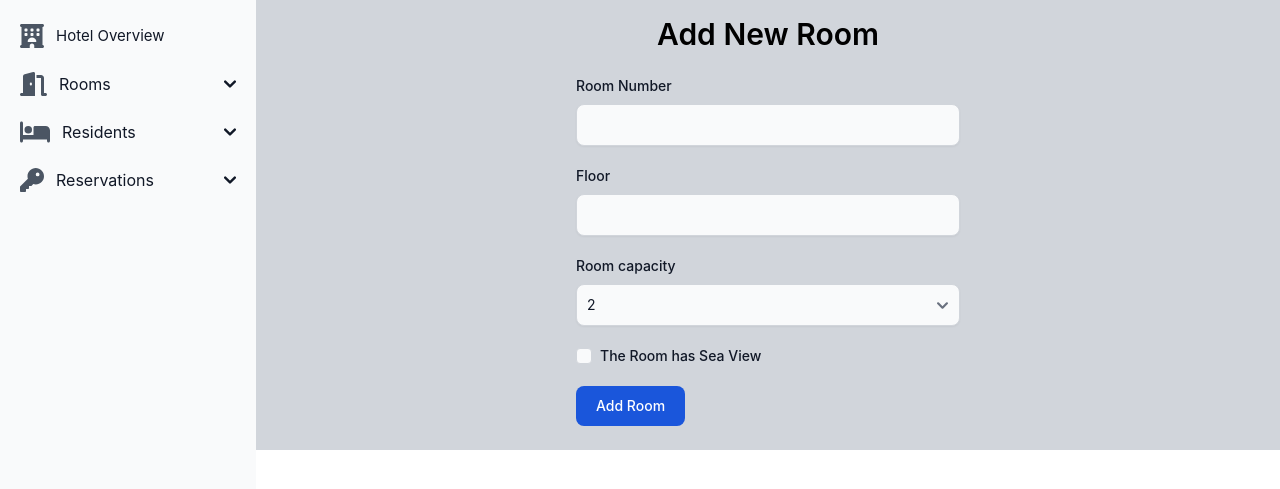
Repository: aggepap/hotelReservationsProj
Page: /rooms/add (app in admin-panel/)
An editor plug-in stored every save of this project. The page is shown before and after the next save, followed by the edit.
The browser window is 1280 px wide. The pictures show the whole page.
The project was rebuilt for these pictures with package versions that can differ from the ones it lists, and the page was loaded fresh each time. Also part of the build but not shown: admin-panel/vite.config.ts, admin-panel/src/views/HomeView.vue.

Above is the page before, as saved 2025-01-19 15:59:29.

### admin-panel/index.html
<!DOCTYPE html>
<html lang="">
  <head>
    <meta charset="UTF-8" />
    <link rel="icon" href="/favicon.ico" />
    <meta name="viewport" content="width=device-width, initial-scale=1.0" />
    <title>Vite App</title>
  </head>
  <body>
    <div id="app"></div>
    <script type="module" src="/src/main.ts"></script>
  </body>
</html>

### admin-panel/src/main.ts
import "./assets/main.css";
import "primeicons/primeicons.css";
import "flowbite";

import { createApp } from "vue";
import App from "./App.vue";
import router from "./router";

const app = createApp(App);

app.use(router);

app.mount("#app");

### admin-panel/src/assets/main.css
@import "./base.css";
@tailwind base;
@tailwind components;
@tailwind utilities;

### admin-panel/src/App.vue
<script setup lang="ts">
import { RouterLink, RouterView } from "vue-router";
import { FontAwesomeIcon } from "@fortawesome/vue-fontawesome";
import { faDoorOpen } from "@fortawesome/free-solid-svg-icons";
import { faHotel } from "@fortawesome/free-solid-svg-icons";
import { faBed } from "@fortawesome/free-solid-svg-icons";
import { faKey } from "@fortawesome/free-solid-svg-icons";
</script>

<template>
  <button
    data-drawer-target="sidebar-multi-level-sidebar"
    data-drawer-toggle="sidebar-multi-level-sidebar"
    aria-controls="sidebar-multi-level-sidebar"
    type="button"
    class="inline-flex items-center p-2 mt-2 ms-3 text-sm text-gray-500 rounded-lg sm:hidden hover:bg-gray-100 focus:outline-none focus:ring-2 focus:ring-gray-200 dark:text-gray-400 dark:hover:bg-gray-700 dark:focus:ring-gray-600"
  >
    <span class="sr-only">Open sidebar</span>
    <svg
      class="w-6 h-6"
      aria-hidden="true"
      fill="currentColor"
      viewBox="0 0 20 20"
      xmlns="http://www.w3.org/2000/svg"
    >
      <path
        clip-rule="evenodd"
        fill-rule="evenodd"
        d="M2 4.75A.75.75 0 012.75 4h14.5a.75.75 0 010 1.5H2.75A.75.75 0 012 4.75zm0 10.5a.75.75 0 01.75-.75h7.5a.75.75 0 010 1.5h-7.5a.75.75 0 01-.75-.75zM2 10a.75.75 0 01.75-.75h14.5a.75.75 0 010 1.5H2.75A.75.75 0 012 10z"
      ></path>
    </svg>
  </button>
  <section class="flex flex-row justify-between items-center">
    <aside
      id="sidebar-multi-level-sidebar"
      class="fixed top-0 left-0 z-40 w-64 h-screen transition-transform -translate-x-full sm:translate-x-0"
      aria-label="Sidebar"
    >
      <div class="h-full px-3 py-4 overflow-y-auto bg-gray-50 dark:bg-gray-800">
        <ul class="space-y-2 font-medium">
          <li>
            <a
              href="#"
              class="flex items-center p-2 text-gray-900 rounded-lg dark:text-white hover:bg-gray-100 dark:hover:bg-gray-700 group"
            >
              <FontAwesomeIcon class="text-gray-600 text-2xl" :icon="faHotel" />
              <span class="ms-3">Hotel Overview</span>
            </a>
          </li>
          <li>
            <button
              type="button"
              class="flex items-center w-full p-2 text-base text-gray-900 transition duration-75 rounded-lg group hover:bg-gray-100 dark:text-white dark:hover:bg-gray-700"
              aria-controls="dropdown-rooms"
              data-collapse-toggle="dropdown-rooms"
            >
              <FontAwesomeIcon
                class="text-gray-600 text-2xl"
                :icon="faDoorOpen"
              />

              <span
                class="flex-1 ms-3 text-left rtl:text-right whitespace-nowrap"
                >Rooms</span
              >
              <svg
                class="w-3 h-3"
                aria-hidden="true"
                xmlns="http://www.w3.org/2000/svg"
                fill="none"
                viewBox="0 0 10 6"
              >
                <path
                  stroke="currentColor"
                  stroke-linecap="round"
                  stroke-linejoin="round"
                  stroke-width="2"
                  d="m1 1 4 4 4-4"
                />
              </svg>
            </button>
            <ul id="dropdown-rooms" class="hidden py-2 space-y-2">
              <li>
                <RouterLink
                  to="/rooms/add"
                  class="flex justify-start gap-2 items-start w-full p-2 text-gray-900 transition duration-75 rounded-lg pl-11 group hover:bg-gray-100 dark:text-white dark:hover:bg-gray-700"
                >
                  <i class="pi pi-plus pt-1"></i> Add new Room</RouterLink
                >
              </li>
            </ul>
          </li>
          <li>
            <button
              type="button"
              class="flex items-center w-full p-2 text-base text-gray-900 transition duration-75 rounded-lg group hover:bg-gray-100 dark:text-white dark:hover:bg-gray-700"
              aria-controls="dropdown-residents"
              data-collapse-toggle="dropdown-residents"
            >
              <FontAwesomeIcon class="text-gray-600 text-2xl" :icon="faBed" />

              <span
                class="flex-1 ms-3 text-left rtl:text-right whitespace-nowrap"
                >Residents</span
              >
              <svg
                class="w-3 h-3"
                aria-hidden="true"
                xmlns="http://www.w3.org/2000/svg"
                fill="none"
                viewBox="0 0 10 6"
              >
                <path
                  stroke="currentColor"
                  stroke-linecap="round"
                  stroke-linejoin="round"
                  stroke-width="2"
                  d="m1 1 4 4 4-4"
                />
              </svg>
            </button>
            <ul id="dropdown-residents" class="hidden py-2 space-y-2">
              <li>
                <a
                  href="#"
                  class="flex justify-start gap-2 items-start w-full p-2 text-gray-900 transition duration-75 rounded-lg pl-11 group hover:bg-gray-100 dark:text-white dark:hover:bg-gray-700"
                >
                  <i class="pi pi-plus pt-1"></i> Add a Resident</a
                >
              </li>
            </ul>
          </li>
          <li>
            <button
              type="button"
              class="flex items-center w-full p-2 text-base text-gray-900 transition duration-75 rounded-lg group hover:bg-gray-100 dark:text-white dark:hover:bg-gray-700"
              aria-controls="dropdown-reservations"
              data-collapse-toggle="dropdown-reservations"
            >
              <FontAwesomeIcon class="text-gray-600 text-2xl" :icon="faKey" />

              <span
                class="flex-1 ms-3 text-left rtl:text-right whitespace-nowrap"
                >Reservations</span
              >
              <svg
                class="w-3 h-3"
                aria-hidden="true"
                xmlns="http://www.w3.org/2000/svg"
                fill="none"
                viewBox="0 0 10 6"
              >
                <path
                  stroke="currentColor"
                  stroke-linecap="round"
                  stroke-linejoin="round"
                  stroke-width="2"
                  d="m1 1 4 4 4-4"
                />
              </svg>
            </button>
            <ul id="dropdown-reservations" class="hidden py-2 space-y-2">
              <li>
                <a
                  href="#"
                  class="flex justify-start gap-2 items-start w-full p-2 text-gray-900 transition duration-75 rounded-lg pl-11 group hover:bg-gray-100 dark:text-white dark:hover:bg-gray-700"
                >
                  <i class="pi pi-plus pt-1"></i> Add a Reservation</a
                >
              </li>
            </ul>
          </li>
        </ul>
      </div>
    </aside>

    <main class="flex items-start h-screen w-full pl-64">
      <div class="mx-auto w-full md:p-6 bg-gray-300 pt-12">
        <RouterView />
      </div>
    </main>
  </section>
</template>

### admin-panel/src/router/index.ts
import { createRouter, createWebHistory } from "vue-router";
import HomeView from "../views/HomeView.vue";
import AddRoomView from "@/views/roomviews/AddRoomView.vue";

const router = createRouter({
  history: createWebHistory(import.meta.env.BASE_URL),
  routes: [
    {
      path: "/",
      name: "home",
      component: HomeView,
    },
    {
      path: "/rooms/add",
      name: "addRoom",
      component: AddRoomView,
    },
    {
      path: "/about",
      name: "about",
      // route level code-splitting
      // this generates a separate chunk (About.[hash].js) for this route
      // which is lazy-loaded when the route is visited.
      component: () => import("../views/AboutView.vue"),
    },
  ],
});

export default router;

### admin-panel/src/views/roomviews/AddRoomView.vue
<script setup></script>

<template>
  <h2 class="text-black text-3xl text-center leading-5 font-semibold mb-8">
    Add New Room
  </h2>
  <form class="max-w-sm mx-auto">
    <div class="mb-5">
      <label
        for="newRoomNumber"
        class="block mb-2 text-sm font-medium text-gray-900 dark:text-white"
        >Room Number</label
      >
      <input
        type="number"
        id="newRoomNumber"
        class="shadow-sm bg-gray-50 border border-gray-300 text-gray-900 text-sm rounded-lg focus:ring-blue-500 focus:border-blue-500 block w-full p-2.5 dark:bg-gray-700 dark:border-gray-600 dark:placeholder-gray-400 dark:text-white dark:focus:ring-blue-500 dark:focus:border-blue-500 dark:shadow-sm-light"
        min="1"
        required
      />
    </div>
    <div class="mb-5">
      <label
        for="floorNumber"
        class="block mb-2 text-sm font-medium text-gray-900 dark:text-white"
        >Floor</label
      >
      <input
        type="number"
        id="floorNumber"
        class="shadow-sm bg-gray-50 border border-gray-300 text-gray-900 text-sm rounded-lg focus:ring-blue-500 focus:border-blue-500 block w-full p-2.5 dark:bg-gray-700 dark:border-gray-600 dark:placeholder-gray-400 dark:text-white dark:focus:ring-blue-500 dark:focus:border-blue-500 dark:shadow-sm-light"
        min="1"
        max="15"
        required
      />
    </div>
    <div class="mb-5">
      <label
        for="repeat-password"
        class="block mb-2 text-sm font-medium text-gray-900 dark:text-white"
        >Room capacity</label
      >
      <select
        id="roomCapacity"
        class="shadow-sm bg-gray-50 border border-gray-300 text-gray-900 text-sm rounded-lg focus:ring-blue-500 focus:border-blue-500 block w-full p-2.5 dark:bg-gray-700 dark:border-gray-600 dark:placeholder-gray-400 dark:text-white dark:focus:ring-blue-500 dark:focus:border-blue-500 dark:shadow-sm-light"
        required
      >
        <option value="double">2</option>
        <option value="triple">3</option>
        <option value="family">4</option>
      </select>
    </div>
    <div class="flex items-start mb-5">
      <div class="flex items-center h-5">
        <input
          id="hasSeaview"
          type="checkbox"
          value=""
          class="w-4 h-4 border border-gray-300 rounded bg-gray-50 focus:ring-3 focus:ring-blue-300 dark:bg-gray-700 dark:border-gray-600 dark:focus:ring-blue-600 dark:ring-offset-gray-800 dark:focus:ring-offset-gray-800"
          required
        />
      </div>
      <label
        for="terms"
        class="ms-2 text-sm font-medium text-gray-900 dark:text-gray-300"
        >The Room has Sea View</label
      >
    </div>
    <button
      type="submit"
      class="text-white bg-blue-700 hover:bg-blue-800 focus:ring-4 focus:outline-none focus:ring-blue-300 font-medium rounded-lg text-sm px-5 py-2.5 text-center dark:bg-blue-600 dark:hover:bg-blue-700 dark:focus:ring-blue-800"
    >
      Add Room
    </button>
  </form>
</template>

### admin-panel/tailwind.config.js
/** @type {import('tailwindcss').Config} */
export default {
  content: [
    "./index.html",
    "./src/**/*.{vue,js,ts,jsx,tsx}",
    "./node_modules/flowbite/**/*.js",
  ],
  theme: {
    extend: {},
  },
  plugins: [require("flowbite/plugin")],
};

Loaded but not shown: admin-panel/src/assets/base.css (common file)

After the next save:
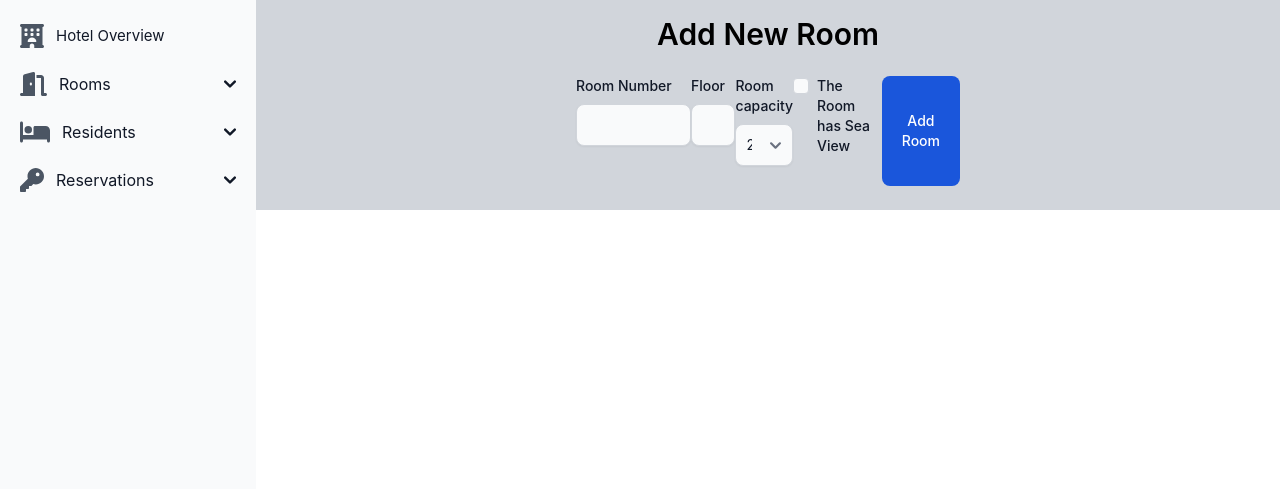
Saved 65 s later.
--- a/admin-panel/src/views/roomviews/AddRoomView.vue
+++ b/admin-panel/src/views/roomviews/AddRoomView.vue
@@ -4,7 +4,7 @@
   <h2 class="text-black text-3xl text-center leading-5 font-semibold mb-8">
     Add New Room
   </h2>
-  <form class="max-w-sm mx-auto">
+  <form class="max-w-sm mx-auto flex">
     <div class="mb-5">
       <label
         for="newRoomNumber"

After the save that followed:
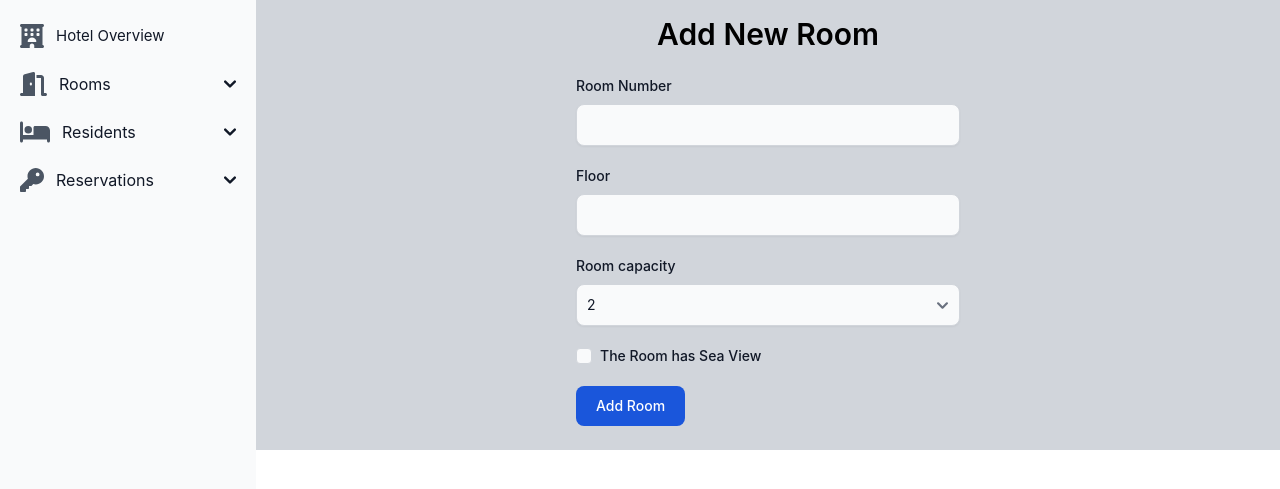
Saved 10 s later.
--- a/admin-panel/src/views/roomviews/AddRoomView.vue
+++ b/admin-panel/src/views/roomviews/AddRoomView.vue
@@ -4,7 +4,7 @@
   <h2 class="text-black text-3xl text-center leading-5 font-semibold mb-8">
     Add New Room
   </h2>
-  <form class="max-w-sm mx-auto flex">
+  <form class="max-w-sm mx-auto">
     <div class="mb-5">
       <label
         for="newRoomNumber"
